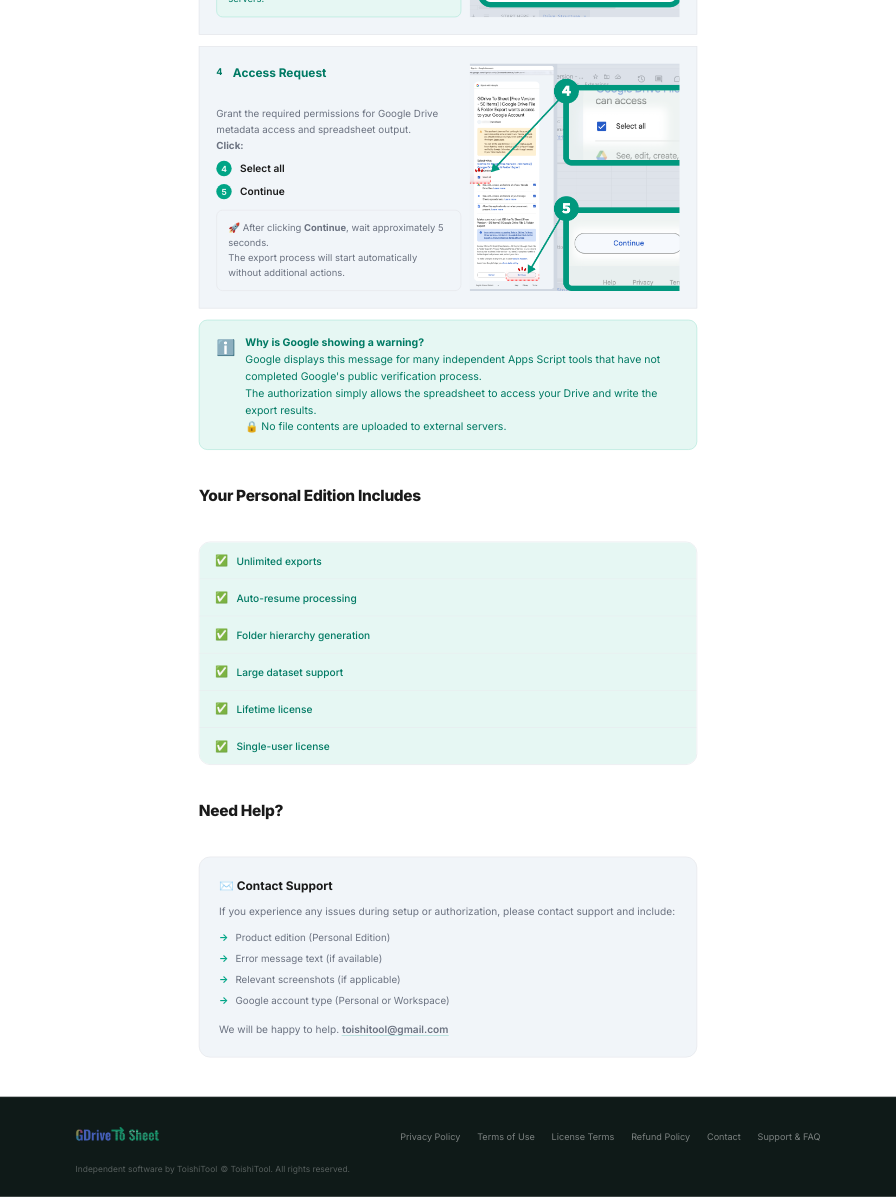
Repository: toishitool/gdrive-to-sheet
Page: personal-thanks.html
These files come from the project's save history. The page is drawn as it stood at one moment and after the next save; the edit follows.
The browser window is 1280 px wide. The pictures show the part of the page from y = 1804 to 3724 px (the page is 3514 px tall before and 3724 px after), at 70% of full size.

Above is the page before, as saved 2026-06-24 20:47:32.

After the next save:
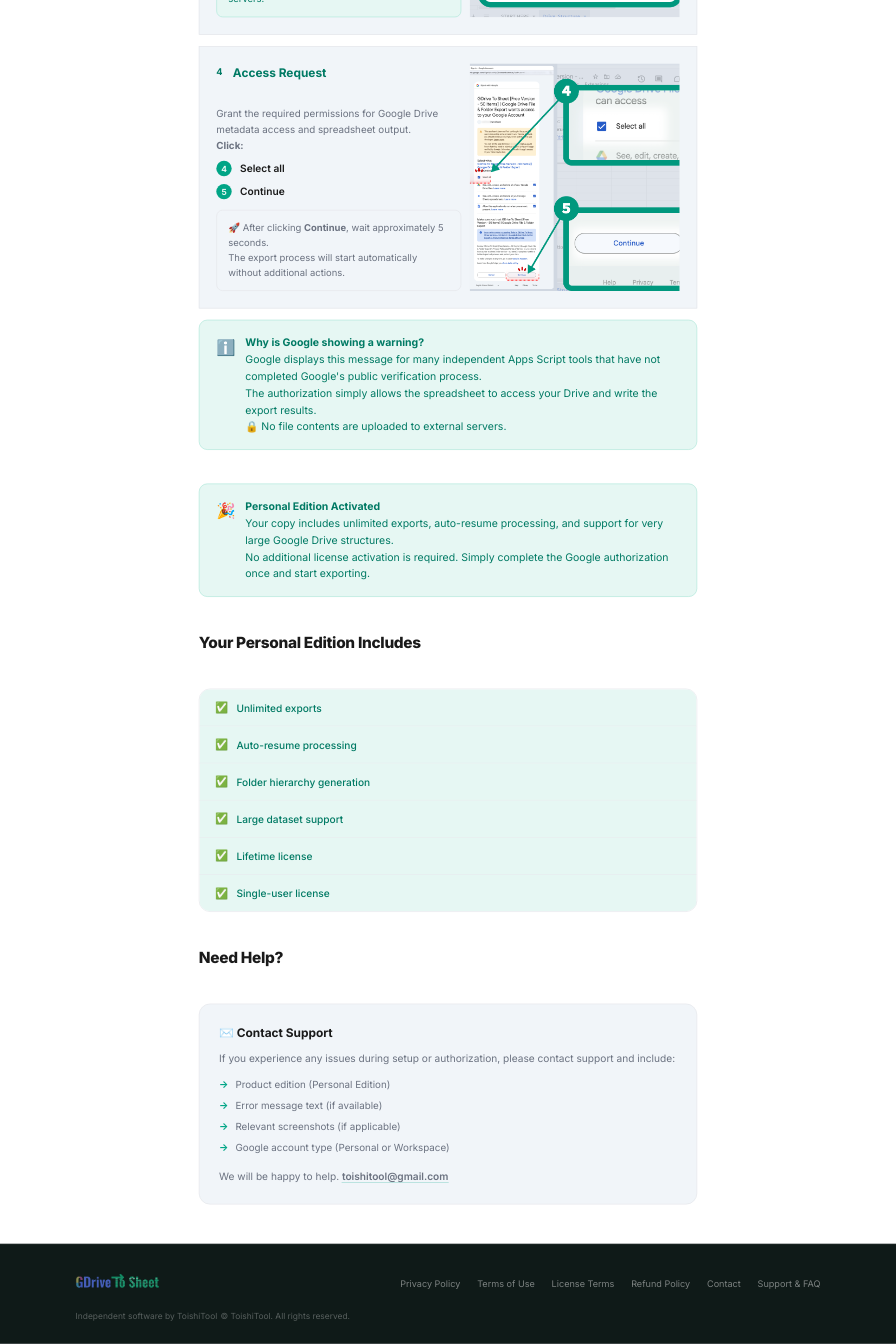
Saved 36 s later.
--- a/personal-thanks.html
+++ b/personal-thanks.html
@@ -186,6 +186,26 @@
           </div>
         </div>
 
+
+        <div class="info-banner">
+  <span class="icon">🎉</span>
+  <div>
+    <p><strong>Personal Edition Activated</strong></p>
+
+    <p>
+      Your copy includes unlimited exports,
+      auto-resume processing,
+      and support for very large Google Drive structures.
+    </p>
+
+    <p>
+      No additional license activation is required.
+      Simply complete the Google authorization once and start exporting.
+    </p>
+  </div>
+</div>
+
+
         <!-- Free Trial Limitations -->
         <div class="section" style="margin-top:48px;">
           <h2>Your Personal Edition Includes</h2>
